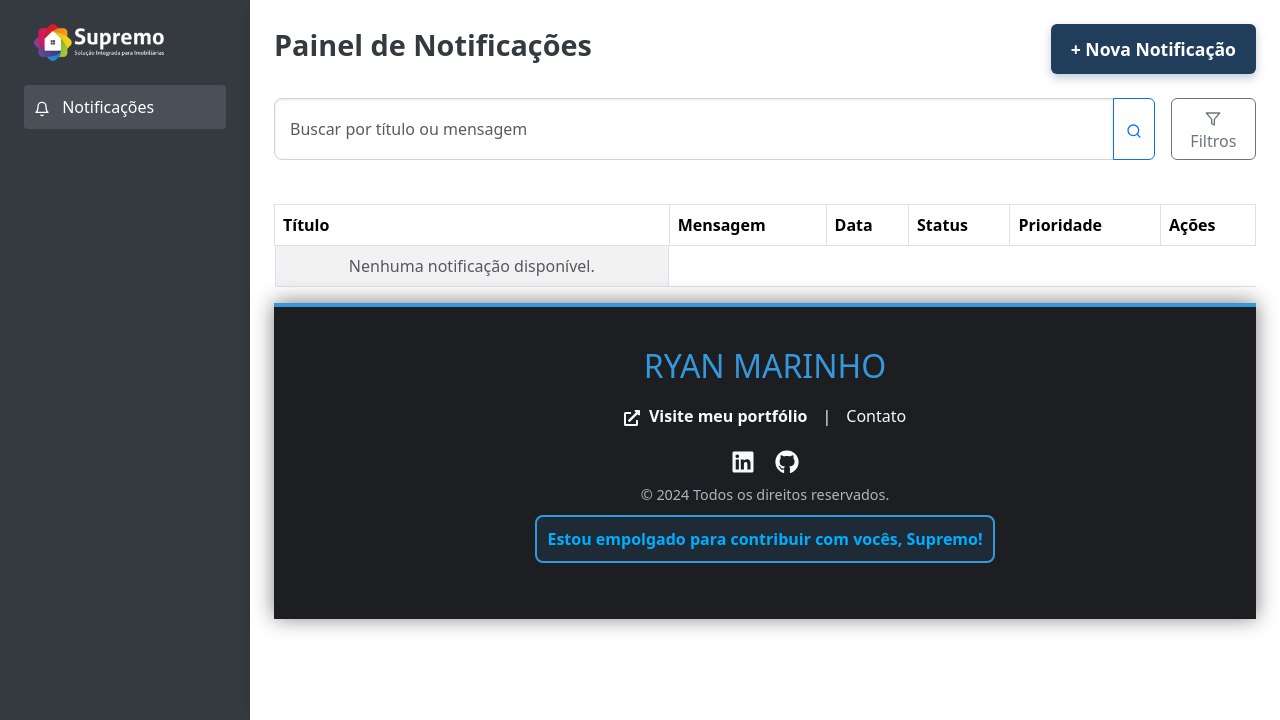
Repository: ryanmarinhodev/Supremo-teste-tecnico
Page: /notifications
An editor plug-in stored every save of this project. The page is shown before and after a run of saves, followed by the edit.
The browser window is 1280 px wide. The pictures show the whole page.
The project was rebuilt for these pictures with package versions that can differ from the ones it lists, and the page was loaded fresh each time. Also part of the build but not shown: src/App.css, src/Components/Login/index.jsx.

Above is the page before, as saved 2024-11-07 20:33:41.

After the next 2 saves:
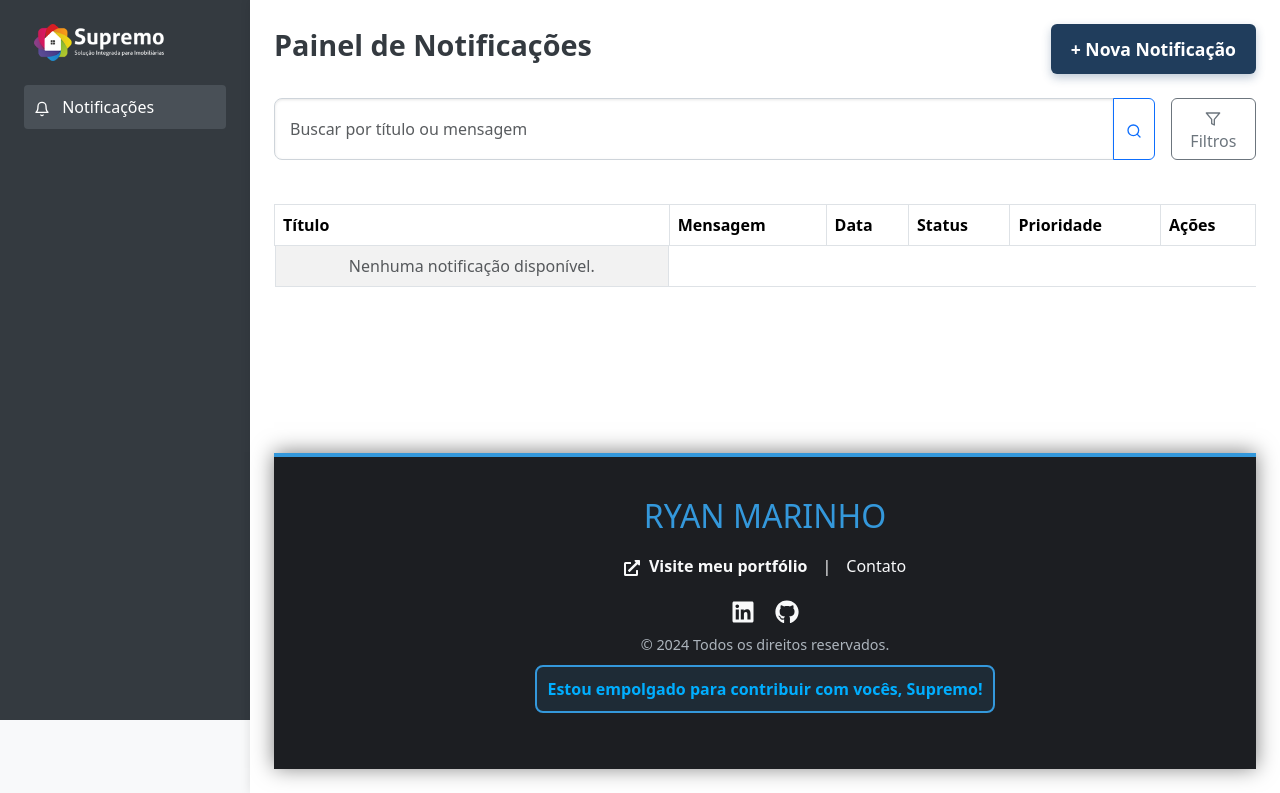
The 2 saves are shown as one change because they came seconds apart.
The last was saved 9 s later.
--- a/src/Components/Notifications/notification.css
+++ b/src/Components/Notifications/notification.css
@@ -71,6 +71,7 @@ button:hover {
   width: 100%;
   box-shadow: 0 -1px 20px rgba(0, 0, 0, 0.5);
   border-top: 4px solid #3498db;
+  margin-top: 150px;
 
 }
 
